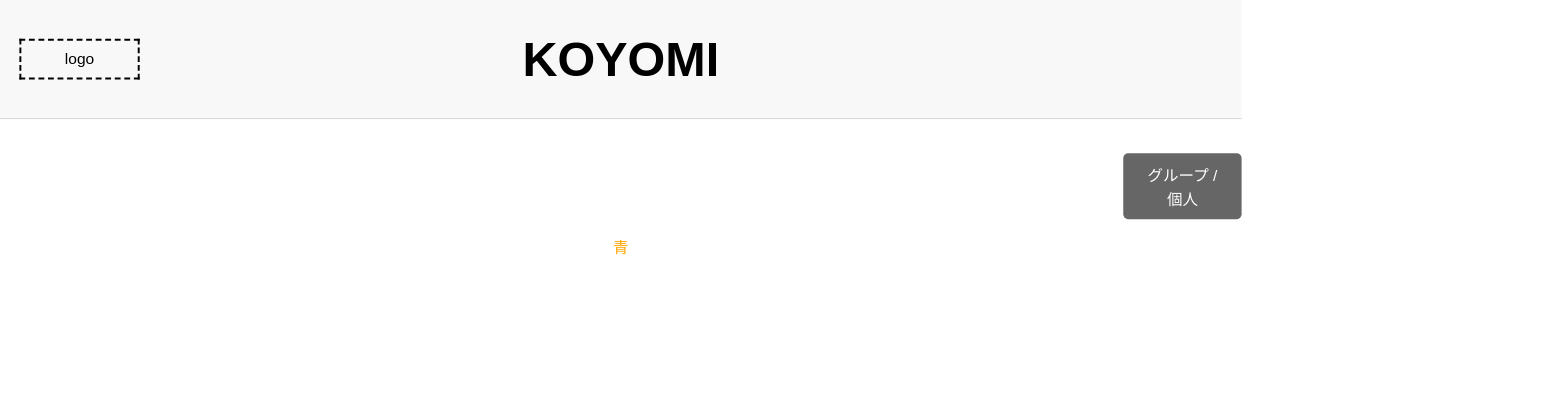
Repository: teramu0602/koyomi
Page: http://localhost/grouplist
An editor plug-in stored every save of this project. The page is shown before and after the next save, followed by the edit.
The browser window is 1280 px wide. The page is 1280 px wide, then 1614 px, so the pictures cover 1614 px, including what lies to the right of the window. The pictures show the whole page, at 97% of full size.
Some web fonts or font styles are not loaded; a fallback is used. The page is served by the project's Laravel application, run on PHP 8.4 with Laravel 9. Other server files are loaded and not shown. Style sheets and scripts are compiled from the project's sources, by tool versions that may differ from the author's.

Above is the page before, as saved 2025-02-22 09:18:29.

### routes/web.php
<?php

use Illuminate\Support\Facades\Route;
use App\Http\Controllers\CalendarController;
use App\Http\Controllers\PostController;
use App\Http\Controllers\Auth\LoginController;



/*
|--------------------------------------------------------------------------
| Web Routes
|--------------------------------------------------------------------------
|
| Here is where you can register web routes for your application. These
| routes are loaded by the RouteServiceProvider within a group which
| contains the "web" middleware group. Now create something great!
|
*/

Route::get('/', function () {
    return view('welcome');
});

Route::get('/admin', function () {
    return view('layouts/admin');
});

Route::get('/admin/home', function () {
    return view('calender/home');
});

Route::get('/custom-login', [LoginController::class, 'showLoginForm'])->name('custom.login');
Route::post('/custom-login', [LoginController::class, 'login'])->name('custom.login.submit');
Route::get('/custom-login', function () {
    return view('admin/login');
});

Route::get('/signup', function () {
    return view('admin/signup');
});
Auth::routes();

Route::get('/home', [App\Http\Controllers\HomeController::class, 'index'])->name('home');



Route::get('/calendar', function () {
    return view('calender/calendar');
})->name('calendar');

Route::get('/calendar/{year}/{month}', [CalendarController::class, 'show'])->name('calendar.show');
Route::get('/admin/home/{year}/{month}', [CalendarController::class, 'showAdmin'])->name('calendar.admin.show');

Route::get('/admin/home', [CalendarController::class, 'index']);

Route::get('/grouplist', function () {
    return view('admin/group_list');
});

### resources/views/admin/group_list.blade.php
@extends('layouts.admin_calender')
<head>
<link href="{{ asset('css/common.admin.css') }}" rel="stylesheet">
</head>

@section('content')
<button class="switch_button" onclick="toggleMode()">グループ / 個人</button>
<p class = "purple">青</p>
@endsection

### resources/views/layouts/admin_calender.blade.php
<!DOCTYPE html>
<html lang="{{ app()->getLocale() }}">
    <head>
        <meta charset="utf-8">
        <meta http-equiv="X-UA-Compatible" content="IE=edge">
        <meta name="viewport" content="width=device-width, initial-scale=1">
        <meta name="csrf-token" content="{{ csrf_token() }}">

        <title>@yield('title')</title>

        <script src="{{ asset('js/app.js') }}" defer></script>

        <link rel="dns-prefetch" href="https://fonts.gstatic.com">
        <link href="https://fonts.googleapis.com/css?family=Raleway:300,400,600" rel="stylesheet" type="text/css">

        <link href="{{ asset('css/admin.css') }}" rel="stylesheet">


    </head>

   <header>
        <div class="logo">logo</div>
        <h1 class="service-name">KOYOMI</h1>
        @yield('drop_menu')
    </header>

    <main>
    @yield('content')
    </main>
    <body>
    </body>

</html>

### public/css/common.admin.css
.button {
    background-color: aquamarine;
    margin-left: 1000px;
}
.purple {
    color: orange;
}

.switch_button{
    margin-left: 1158px !important;
}

### resources/sass/admin.scss
@charset "UTF-8";
body {
  font-family: Arial, sans-serif;
  text-align: center;
  margin: 0;
  padding: 0;
}

header {
  display: flex;
  justify-content: center;
  align-items: center;
  width: 100%;

  padding: 40px 0px 40px 0px;
  background-color: #f8f8f8;
  border-bottom: 1px solid #ccc;
}

.logo {
  border: 2px dashed black;
  padding: 10px;
  width: 100px;
  text-align: center;
  margin-right: auto;
  margin-left: 20px;
}

.service-name {
  font-size: 50px;
  position: absolute; /* ページ全体に対して中央配置 */
  left: 50%;
  transform: translateX(-50%); /* 画面の中央に配置 */
  text-align: center; /* 中央揃え */
}

main {
  margin-top: 0px;
  background: linear-gradient(to bottom, orange 0%, white 0%);
}

h2 {
  font-size: 22px;
  margin-bottom: 50px;
}

form {
  display: flex;
  flex-direction: column;
  align-items: center;
  gap: 10px;
}

label {
  font-weight: bold;
}

input {
  width: 300px;
  padding: 8px;
  border: 1px solid #ccc;
  border-radius: 4px;
}

button {
  background-color: #666;
  color: white;
  padding: 10px 20px;
  border: none;
  border-radius: 5px;
  cursor: pointer;
  margin-top: 35px;
  font-size: 16px;
}

button:hover {
  background-color: #444;
}

.login-link {
  margin-top: 40px;
  font-size: 14px;
  color: #555;
}

.checkbox {
  margin: 30px;
  display: flex; /* 横並びにする */
  align-items: center;
  margin-right: 170px;
}

.checkbox input[type=checkbox] {
  margin-right: 10px; /* チェックボックスとテキストの間隔 */
}

.remember {
  font-size: 14px;
}

input#remember {
  width: 10px; /* 幅を300pxに設定 */
  height: 20px; /* 高さを13pxに設定 */
}

.checkbox label {
  font-weight: normal;
}

table {
  width: 100%;
  border-collapse: collapse;
}

td {
  border: 1px solid grey;
  text-align: left; /* 左揃え */
  vertical-align: top; /* 上揃え */

  padding: 0px 0px 150px 0px;

}

th {
  background: white;
  text-align: center;
  padding: 10px;
}

.sunday {
  background: pink;
  color: red;
}

.red {
  color: red;
}

.saturday {
  background: pink;
  color: blue;
}

.blue{
  color: blue;
}

.next-month {
  background: #ccc;
  color: #666;
}

.month_toggle {
  text-decoration: none;
  color: black;
}

.nav-item {
  list-style: none;
  margin-right: 20px;
}

.pink {
  color: pink;
  background-color: purple;
}
.prev-month, .next-month {
  background: #ccc;
  color: #666;
}

.switch {
  background-color: orange;
  padding: 0px 0px 35px 0px;
  font-size: 20px;
}

.who {
  background-color: palegoldenrod;
  font-size: 20px;
  margin-right: 400px;
}

.switch_button{
  margin-left: 400px;
}

table {
  width: 80%; /* テーブルの幅を90%に設定 */
  margin-left: auto; /* 左側の空白 */
  margin-right: auto; /* 右側の空白 */
  margin-bottom: 50px;
}

Loaded but not shown: app/Http/Controllers/Auth/ConfirmPasswordController.php (common file); app/Http/Controllers/Controller.php (common file)

After the next save:
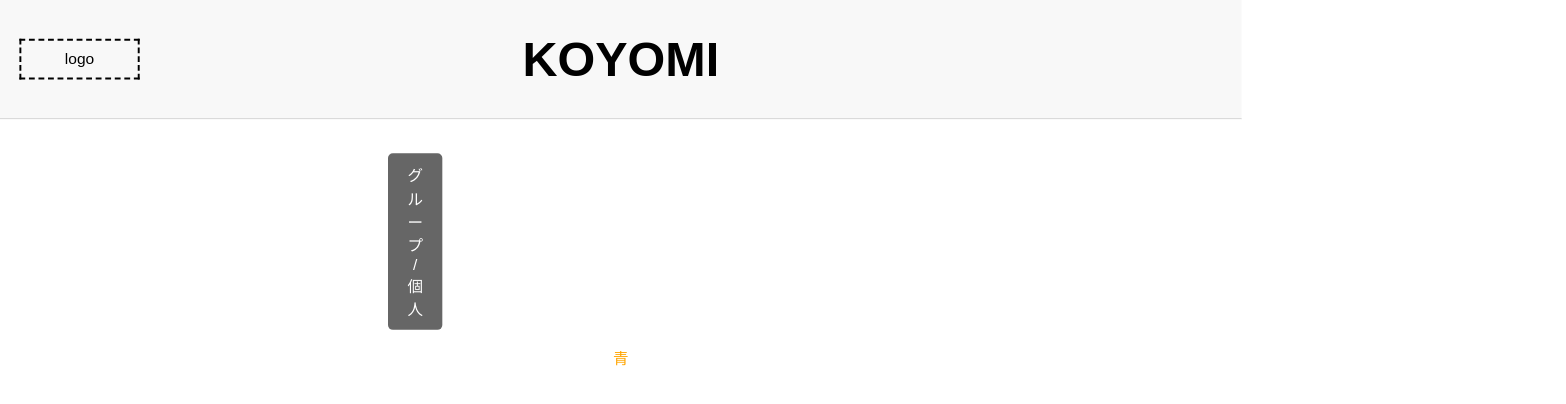
Saved 94 s later.
--- a/public/css/common.admin.css
+++ b/public/css/common.admin.css
@@ -7,5 +7,5 @@
 }
 
 .switch_button{
-    margin-left: 1158px !important;
+    margin-right: 1158px !important;
 }
